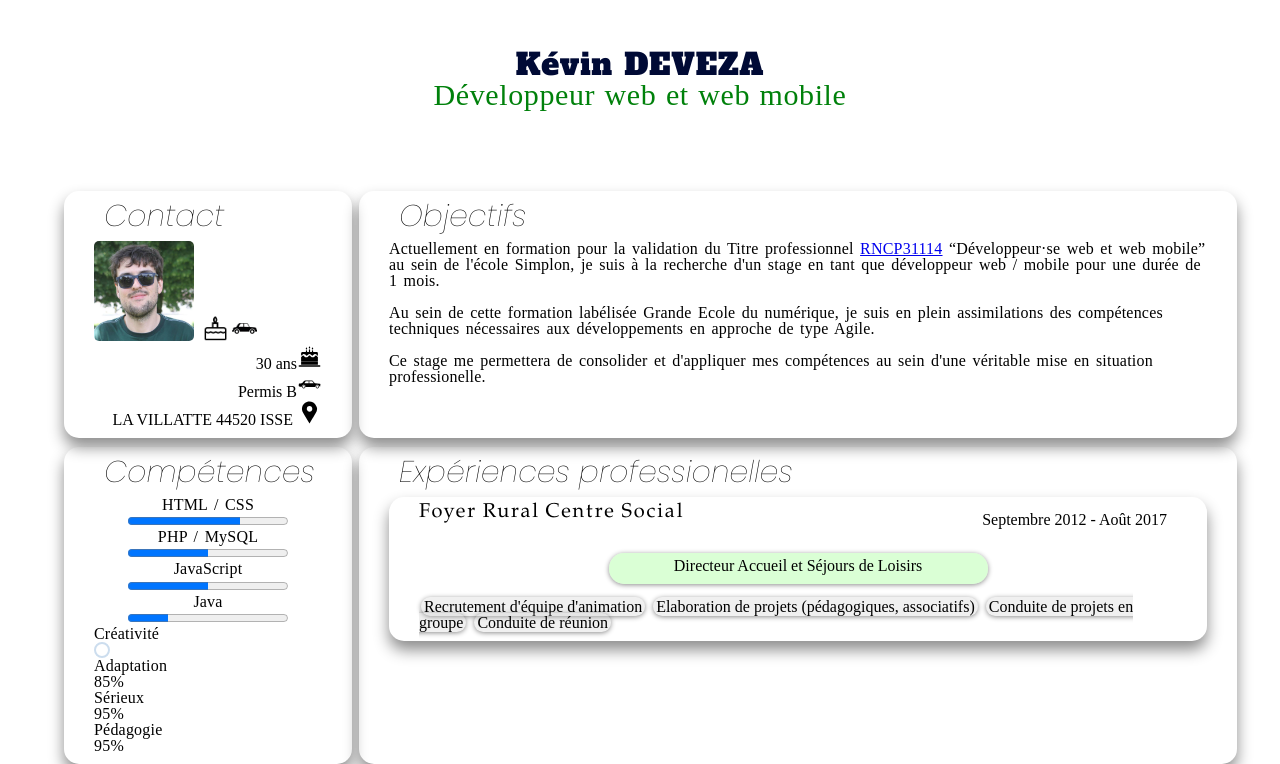
Repository: KevinDvZ/kevindvz.github.io
Page: index.html
An editor plug-in stored every save of this project. The page is shown before and after the next save, followed by the edit.
The browser window is 1280 px wide. The pictures show the whole page.

Above is the page before, as saved 2020-10-31 16:14:59.

After the next save:
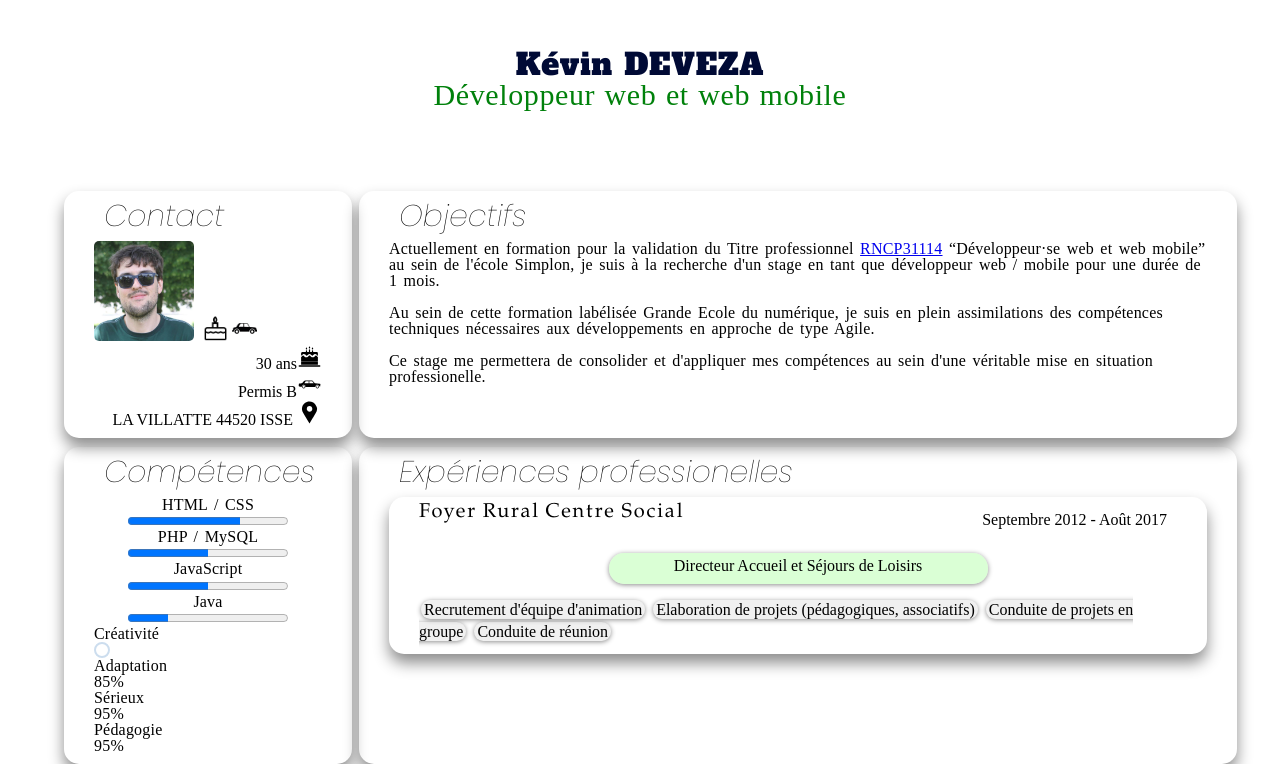
Saved 100 s later.
--- a/css/cv_deveza.css
+++ b/css/cv_deveza.css
@@ -179,6 +179,7 @@ h3 {
 }
 .cadre #competences_exp {
   display: inline;
+  line-height: 140%;
   padding: 1px 3px 1px 3px;
   margin: 5px 2px 20px 2px;
   text-align: left;
